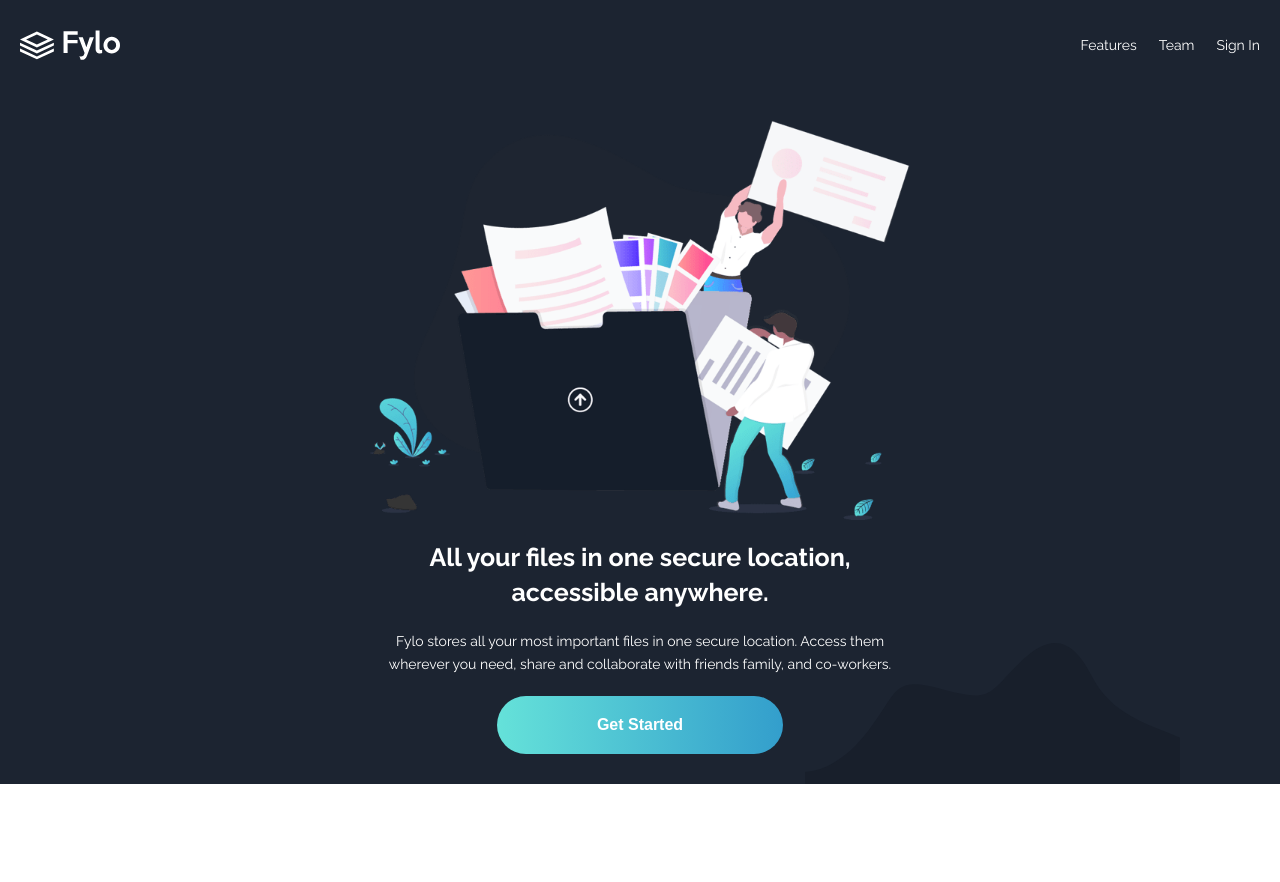
Repository: tomas938/fylo-dark-theme-landing-page-master
Page: index.html
An editor plug-in stored every save of this project. The page is shown before and after the next save, followed by the edit.
The browser window is 1280 px wide. The pictures show the whole page.
The style sheet was rebuilt from its Sass, Less or Tailwind sources for each picture, by a compiler version that may differ from the author's.

Above is the page before, as saved 2021-08-05 13:14:38.

After the next save:
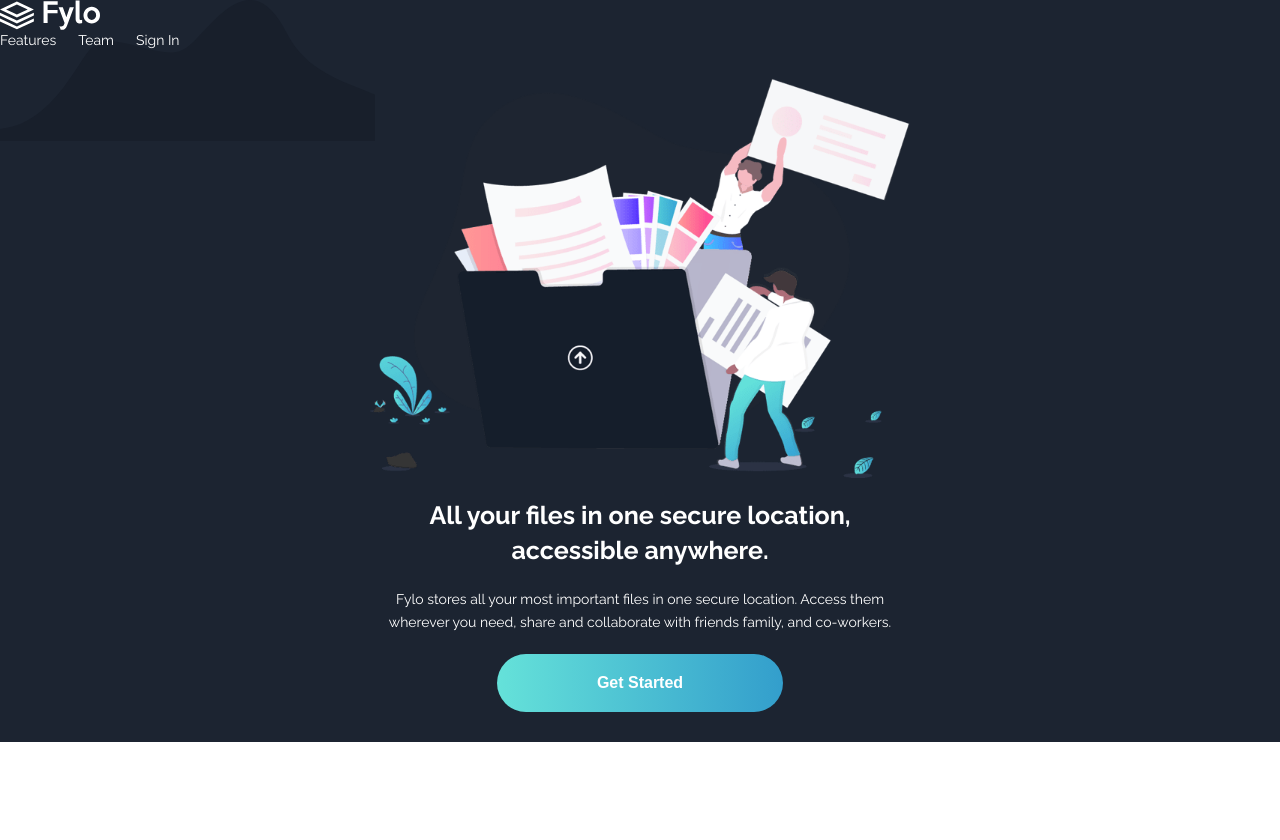
Saved 8 s later.
--- a/scss/_partials/_intro.scss
+++ b/scss/_partials/_intro.scss
@@ -3,9 +3,8 @@
 	font-family: $heading-font;
 	background-image: url(/images/bg-curvy-mobile.svg);
 	background-repeat: no-repeat;
-	background-position: bottom 0px right 100px;
-	// background-size: cover;
-	&__navigation {
+	background-position: bottom 0px right 0px // background-size: cover;
+		&__navigation {
 		padding: 3rem 2rem;
 		display: flex;
 		justify-content: space-between;

After the 2 saves that followed:
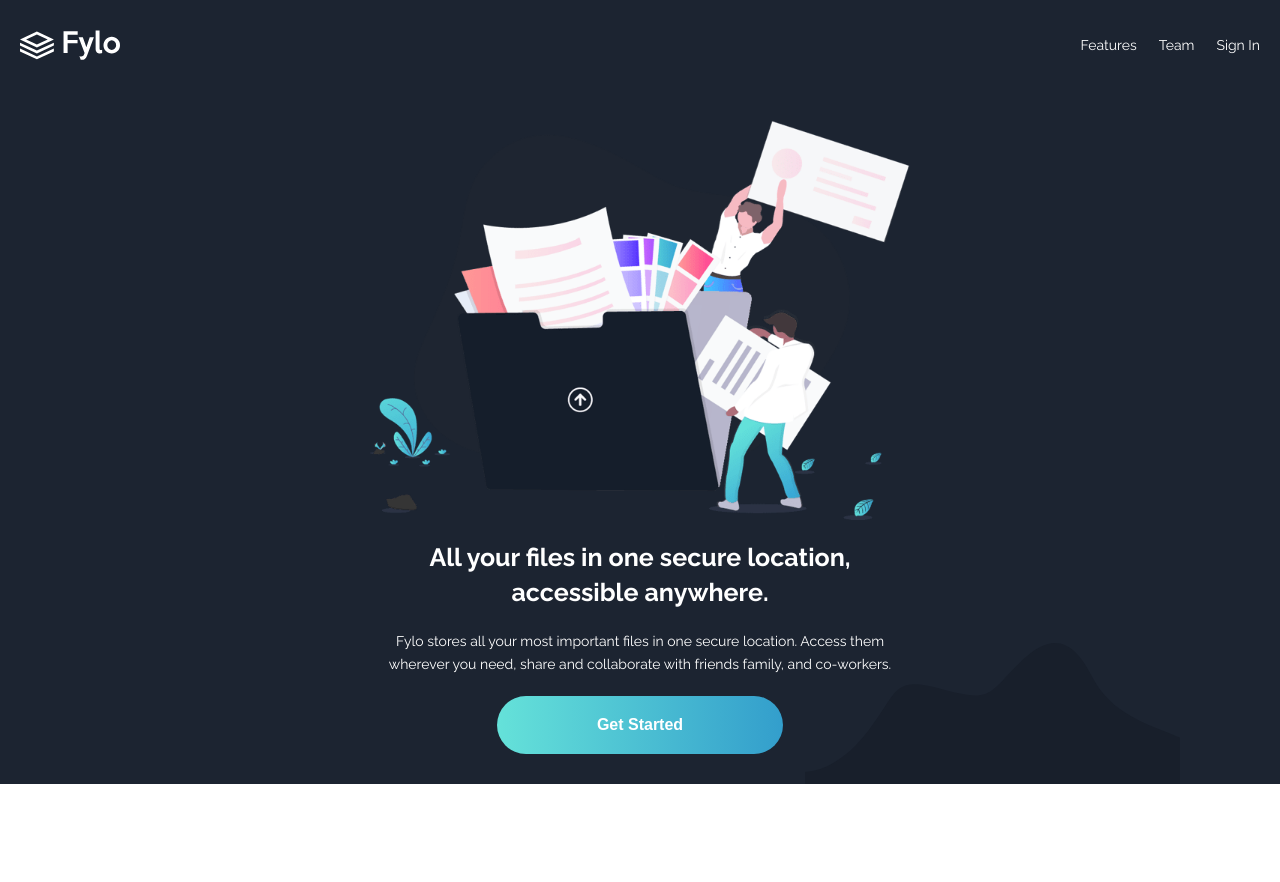
The 2 saves are shown as one change because 1 left the picture as it was.
The last was saved 11 s later.
--- a/scss/_partials/_intro.scss
+++ b/scss/_partials/_intro.scss
@@ -3,8 +3,9 @@
 	font-family: $heading-font;
 	background-image: url(/images/bg-curvy-mobile.svg);
 	background-repeat: no-repeat;
-	background-position: bottom 0px right 0px // background-size: cover;
-		&__navigation {
+	background-position: bottom 0px right 100px;
+	// background-size: cover;
+	&__navigation {
 		padding: 3rem 2rem;
 		display: flex;
 		justify-content: space-between;
